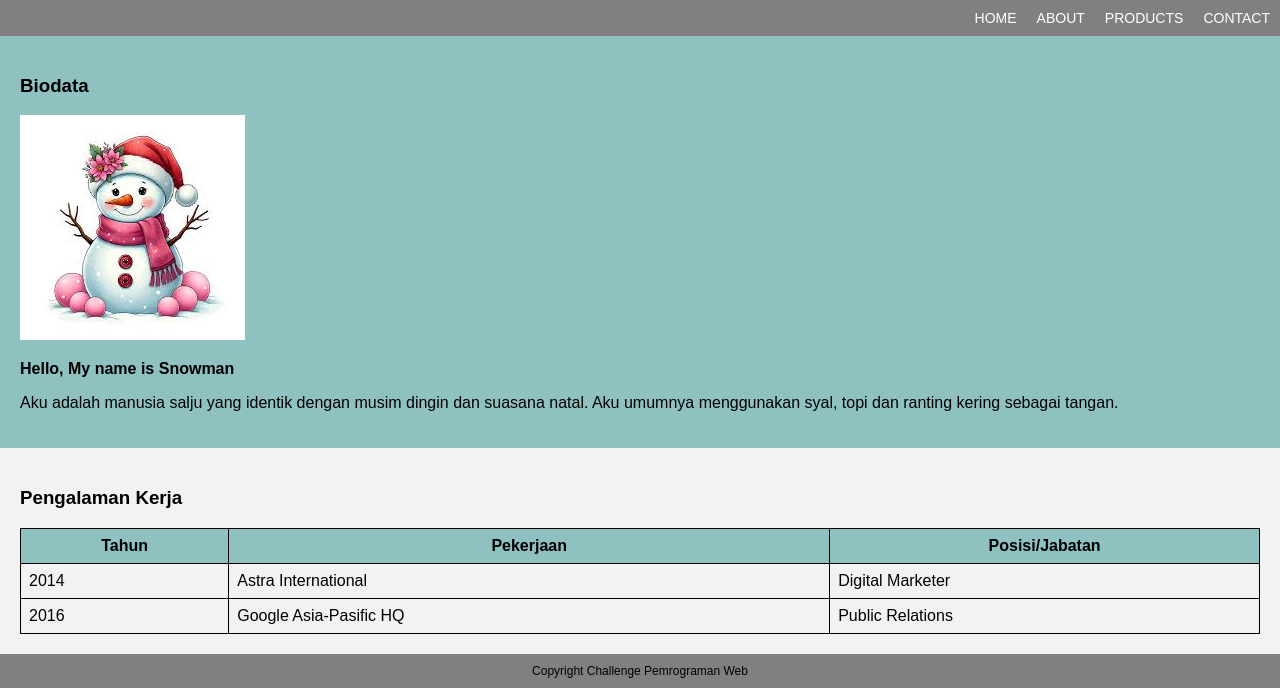
Repository: razitazhr/Pertemuan-6_24.116194
Page: Pertemuan 5/Challenge 5.html
The author's editor kept a copy of each file at every save. The page is drawn from the files as they stood at one save, then again after the next save.
The browser window is 1280 px wide. The pictures show the part of the page from y = 277 to 965 px (the page is 965 px tall before and 886 px after).

Above is the page before, as saved 2026-05-03 21:54:21.

### Pertemuan 5/Challenge 5.html
<!DOCTYPE html>
<html lang="en">
<head>
    <meta charset="UTF-8">
    <meta name="viewport" content="width=device-width, initial-scale=1.0">
    <title>Challenge 5_24.11.6194</title>
    <link rel="stylesheet" href="style.css">
</head>
<body>
    <div class="header">
        <div class="header">
            <h1><span>WEB</span> DEVELOPMENT</h1>
        </div>
    </div>
    <div class="navbar">
        <a href="#">HOME</a>
        <a href="#">ABOUT</a>
        <a href="#">PRODUCTS</a>
        <a href="#">CONTACT</a>
    </div>
    <div class="container">
        <div class="biodata">
            <h3>Biodata</h3>
            <img src="snowman.jpg" alt="">
            <p><b>Hello, My name is Snowman</b></p>
            <p>Aku adalah manusia salju yang identik dengan musim dingin dan suasana natal. Aku umumnya menggunakan syal, topi dan ranting kering sebagai tangan.</p>
        </div>
    </div>
    <div class="pengalaman">
        <h3>Pengalaman Kerja</h3>
        <table>
            <tr>
                <th>Tahun</th>
                <th>Pekerjaan</th>
                <th>Posisi/Jabatan</th>
            </tr>
            <tr>
                <td>2014</td>
                <td>Astra International</td>
                <td>Digital Marketer</td>
            </tr>
            <tr>
                <td>2016</td>
                <td>Google Asia-Pasific HQ</td>
                <td>Public Relations</td>
            </tr>
        </table>
    </div>
    <div class="footer">
        Copyright Challenge Pemrograman Web
    </div>
</body>
</html>

### Pertemuan 5/Style.CSS
body {
    margin: 0;
    font-family: Arial;
}
.header {
    background-image: url('computer images.jpg');
    background-size: cover;
    background-position: center;
    height: 250px;
    position: relative;
}
.overlay {
    background: rgba(0, 0, 0, 3);
    height: 100%;
    display: flex;
    align-items: center;
    justify-content: center;
}
.header h1 {
    color: white;
    font-size: 40px;
}
.header span {
    color: orange;
}
.navbar {
    display: flex;
    justify-content: flex-end;
    background: gray;
    padding: 10px;
}
.navbar a {
    color: white;
    text-decoration: none;
    margin-left: 20px;
    font-size: 14px;
}
.container {
    display: flex;
}
.biodata {
    flex: 1;
    background: #8fc1c1;
    padding: 20px;
}
biodata img {
    width: 150px;
    display: block;
    margin-bottom: 10px;
}
.pengalaman {
    flex: 2;
    background: #f2f2f2;
    padding: 20px;
}
table {
    width: 100%;
    border-collapse: collapse;
}
th {
    background: #8fc1c1;
}
table, th, td {
    border: 1px solid black;
    padding: 8px;
}
.footer {
    background: gray;
    text-align: center;
    padding: 10px;
    font-size: 12px;
}

After the next save:
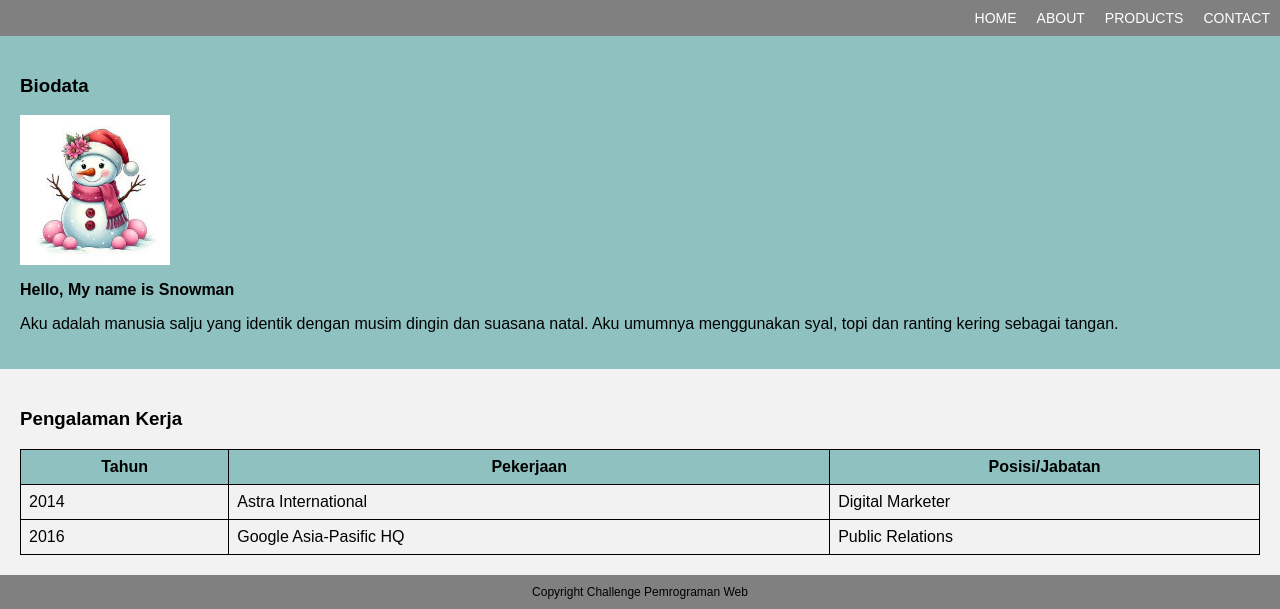
Saved 29 s later.
--- a/Pertemuan 5/Style.CSS
+++ b/Pertemuan 5/Style.CSS
@@ -43,7 +43,7 @@ body {
     background: #8fc1c1;
     padding: 20px;
 }
-biodata img {
+.biodata img {
     width: 150px;
     display: block;
     margin-bottom: 10px;
